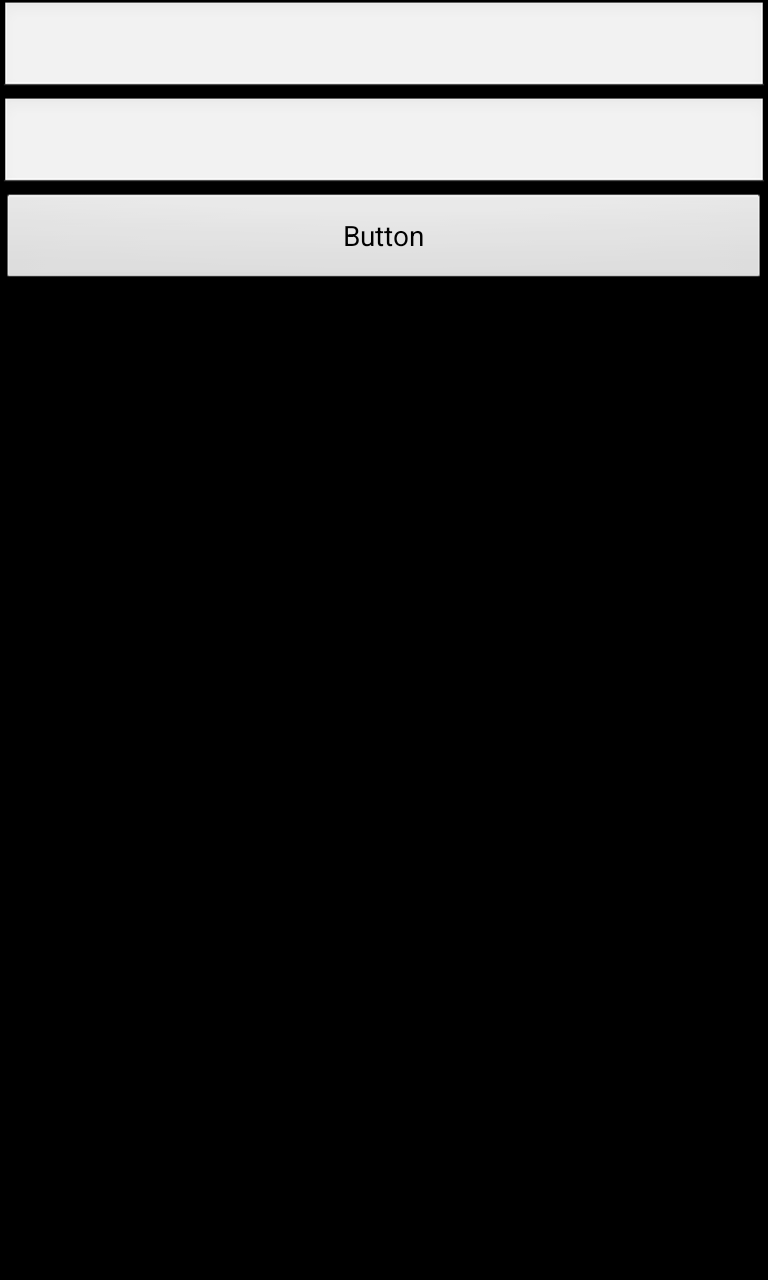
Repository: chabashilah/senstat
Layout: android/bluetooth_test/res/layout/login.xml
These files come from the project's save history. The layout is drawn as it stood at one moment and after the next save; the edit follows.
It is drawn on a 768 x 1280 px phone screen (xhdpi) without system bars, with theme android:Theme; the app's code is not run.

Above is the layout before, as saved 2012-04-19 06:18:58.

### android/bluetooth_test/res/layout/login.xml
<?xml version="1.0" encoding="UTF-8"?>
<LinearLayout xmlns:android="http://schemas.android.com/apk/res/android"
    android:layout_width="fill_parent"
    android:layout_height="fill_parent"
    android:orientation="vertical" >

	<EditText
	    android:id="@+id/email"
        android:layout_width="fill_parent"
        android:layout_height="wrap_content" />

	<EditText
	    android:id="@+id/password"
        android:layout_width="fill_parent"
        android:layout_height="wrap_content" />
    <Button
        android:id="@+id/login_button"
        android:layout_width="fill_parent"
        android:layout_height="wrap_content"
        android:text="Button" />

</LinearLayout>

After the next save:
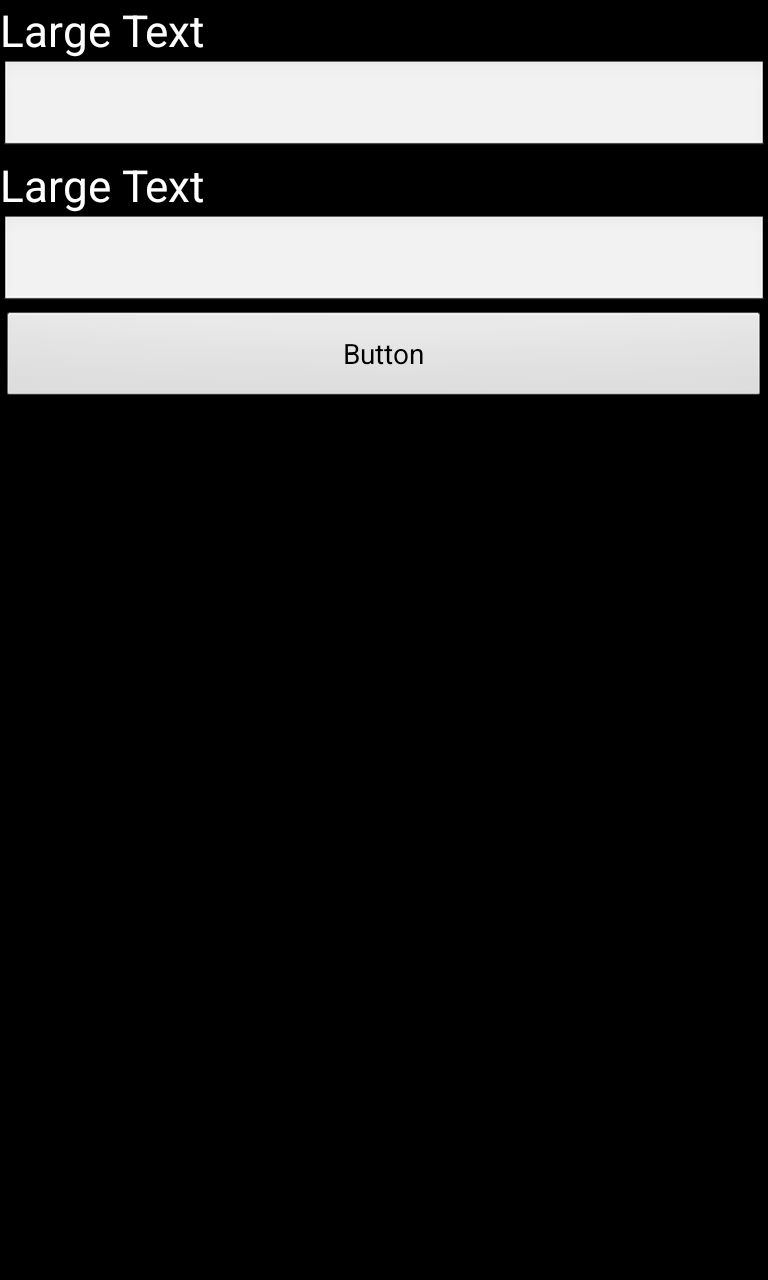
Saved 62 s later.
--- a/android/bluetooth_test/res/layout/login.xml
+++ b/android/bluetooth_test/res/layout/login.xml
@@ -4,10 +4,24 @@
     android:layout_height="fill_parent"
     android:orientation="vertical" >
 
+    <TextView
+        android:id="@+id/login_label"
+        android:layout_width="wrap_content"
+        android:layout_height="wrap_content"
+        android:text="Large Text"
+        android:textAppearance="?android:attr/textAppearanceLarge" />
+
 	<EditText
 	    android:id="@+id/email"
         android:layout_width="fill_parent"
         android:layout_height="wrap_content" />
+
+	<TextView
+	    android:id="@+id/password_label"
+	    android:layout_width="wrap_content"
+	    android:layout_height="wrap_content"
+	    android:text="Large Text"
+	    android:textAppearance="?android:attr/textAppearanceLarge" />
 
 	<EditText
 	    android:id="@+id/password"
